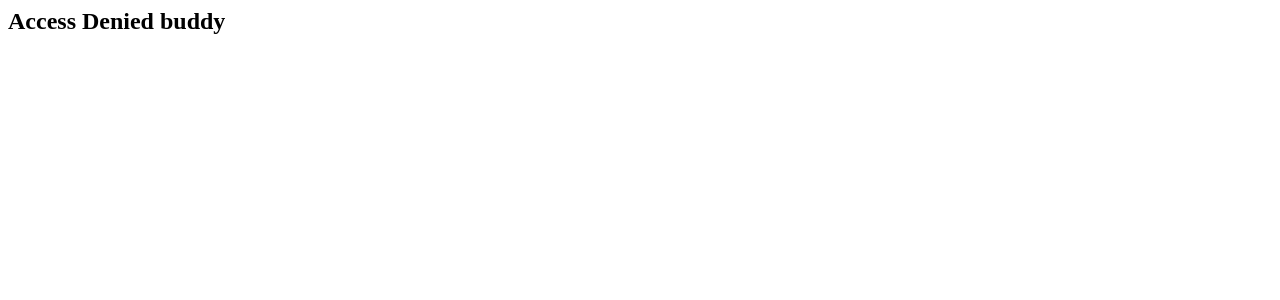
Repository: hardytomp/study-spring-hibernate-jpa-springboot-rest
Page: http://localhost/spring-security-demo-07-user-roles/access-denied
The author's editor kept a copy of each file at every save. The page is drawn from the files as they stood at one save, then again after the next save.
The browser window is 1280 px wide. The pictures show the whole page.
The page is served by Tomcat 9. Other server files are loaded and not shown.

Above is the page before, as saved 2020-04-27 07:22:48.

### spring-security-demo-07-user-roles/src/main/webapp/WEB-INF/view/access-denied.jsp
<html>
	<head>
		<title>Access Denied</title>
	</head>

	<body>
		<h2> Access Denied buddy </h2>
	</body>

</html>

After the next save:
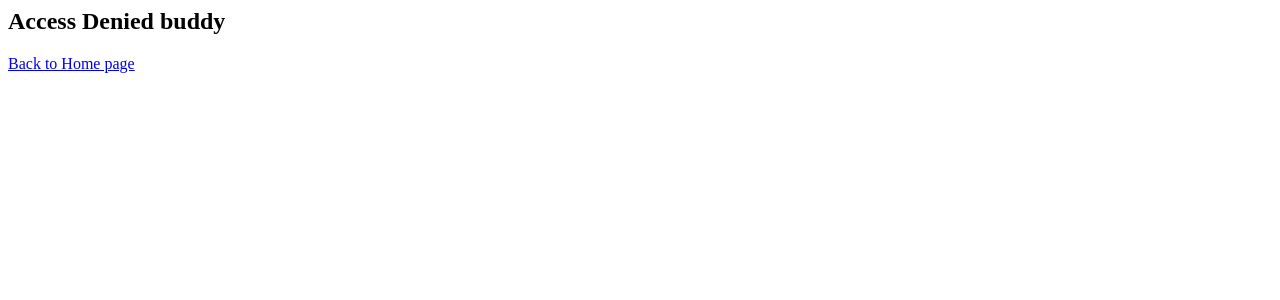
Saved 23 s later.
--- a/spring-security-demo-07-user-roles/src/main/webapp/WEB-INF/view/access-denied.jsp
+++ b/spring-security-demo-07-user-roles/src/main/webapp/WEB-INF/view/access-denied.jsp
@@ -5,6 +5,8 @@
 
 	<body>
 		<h2> Access Denied buddy </h2>
+		<a href="${pageContext.request.contextPath}/">Back to Home page</a>
+
 	</body>
 
 </html>
